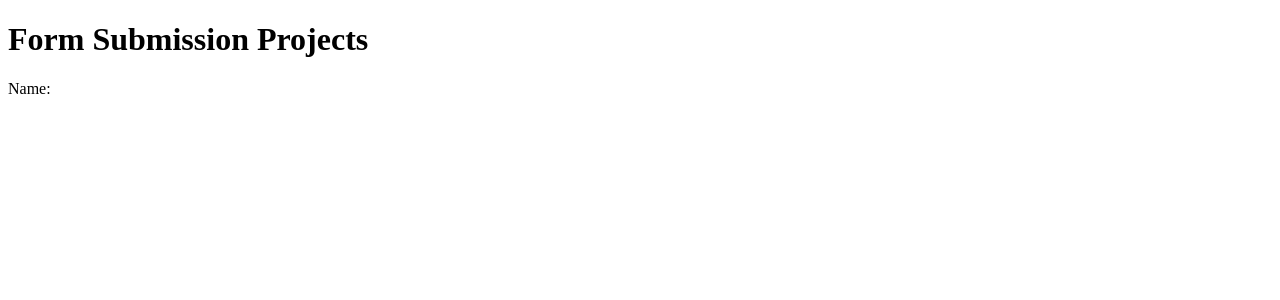
Repository: labib108/ostad-php
Page: projects/formSubmission/index.html
An editor plug-in stored every save of this project. The page is shown before and after the next save, followed by the edit.
The browser window is 1280 px wide. The pictures show the whole page.

Above is the page before, as saved 2023-03-21 13:27:19.

After the next save:
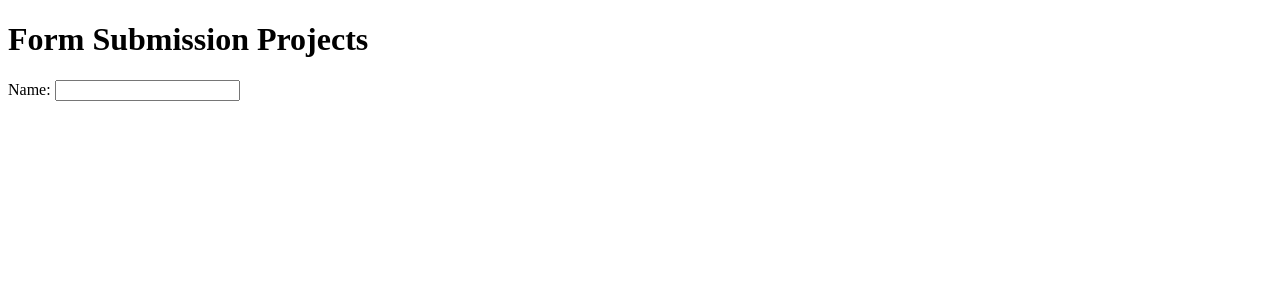
Saved 8 s later.
--- a/projects/formSubmission/index.html
+++ b/projects/formSubmission/index.html
@@ -10,7 +10,7 @@
     <h1>Form Submission Projects</h1>
     <form action="submit.php" method="post">
         <label for="name">Name:</label>
-
+        <input type="text" name="name" id="name">
     </form>
 </body>
 </html>
